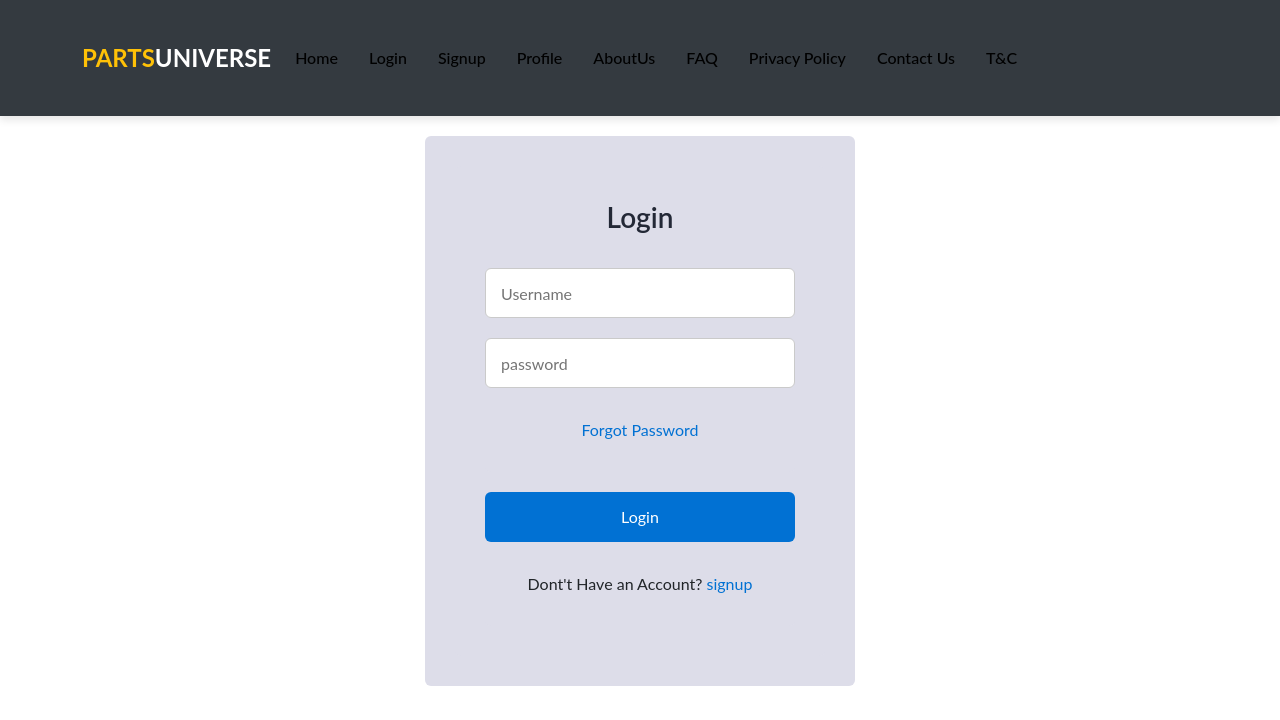
Repository: Nikeshala22/OOP_Project
Page: http://localhost/OnlineSparePartsSystem/login.jsp
An editor plug-in stored every save of this project. The page is shown before and after the next save, followed by the edit.
The browser window is 1280 px wide. The pictures show the whole page.
The page is served by Tomcat 10. Other server files are loaded and not shown.

Above is the page before, as saved 2024-10-13 16:51:17.

### OnlineSparePartsSystem/src/main/webapp/login.jsp
<%@ taglib prefix="c" uri="http://java.sun.com/jsp/jstl/core" %>
<%@ page language="java" contentType="text/html; charset=UTF-8"
    pageEncoding="UTF-8"%>
<!DOCTYPE html>
<html>
<head>
<title>login</title>
<link rel="stylesheet" href="styles/login.css">

    <!-- Bootstrap Link -->
    <link href="https://cdn.jsdelivr.net/npm/bootstrap@5.0.2/dist/css/bootstrap.min.css" rel="stylesheet" integrity="sha384-EVSTQN3/azprG1Anm3QDgpJLIm9Nao0Yz1ztcQTwFspd3yD65VohhpuuCOmLASjC" crossorigin="anonymous">
    <!-- Bootstrap Link -->


    <!-- Font Awesome Cdn -->
    <link rel="stylesheet" href="https://cdnjs.cloudflare.com/ajax/libs/font-awesome/6.2.1/css/all.min.css">
    <!-- Font Awesome Cdn -->


    <!-- Google Fonts -->
    <link rel="preconnect" href="https://fonts.googleapis.com">
    <link rel="preconnect" href="https://fonts.gstatic.com" crossorigin>
    <link href="https://fonts.googleapis.com/css2?family=Roboto:wght@500&display=swap" rel="stylesheet">
    <!-- Google Fonts -->
    <style>
  .custom-button {
    background-color: orange;
    border: none;
    color: black;
     font-weight: bold;
    transition: color 0.3s ease;
  }

  .custom-button:hover {
    color: white;
  }
</style>
<meta charset="UTF-8">

</head>
<body>
<!-- Navbar Start -->
    <nav class="navbar navbar-expand-lg" id="navbar">
    <div class="container">
        <a class="navbar-brand" href="index.html" id="logo"><span>Parts</span>Universe</a>
        <button class="navbar-toggler" type="button" data-bs-toggle="collapse" data-bs-target="#mynavbar">
            <span><i class="fa-solid fa-bars"></i></span>
        </button>
        <div class="collapse navbar-collapse" id="mynavbar">
            <ul class="navbar-nav me-auto">
                <li class="nav-item">
                    <a class="nav-link" id="home-link" href="index.jsp">Home</a>
                </li>
                <li class="nav-item">
                    <a class="nav-link" id="login-link" href="login.jsp">Login</a>
                </li>
                <li class="nav-item">
                    <a class="nav-link" id="signup-link" href="sinup.jsp">Signup</a>
                </li>
                <li class="nav-item">
                    <a class="nav-link" id="profile-link" href="useraccount.jsp">Profile</a>
                </li>
                <li class="nav-item">
                    <a class="nav-link" id="packages-link" href="aboutus.jsp">AboutUs</a>
                </li>
                <li class="nav-item">
                    <a class="nav-link" id="services-link" href="faq.JSP">FAQ</a>
                </li>
                <li class="nav-item">
                    <a class="nav-link" id="gallary-link" href="privacy.jsp">Privacy Policy</a>
                </li>
                <li class="nav-item">
                    <a class="nav-link" id="about-link" href="contact.jsp">Contact Us</a>
                </li>
                <li class="nav-item">
                    <a class="nav-link" id="about-link" href="terms.jsp">T&C</a>
                </li>
            </ul>
        </div>
    </div>
</nav>

    <!-- Navbar End -->
 <!--login form container-->

    <section class="container forms">
      <div class="form login">
        <div class="form content">
          <header>Login</header>

          <form action="login" method="post">

            <div class="field input-field">
              <input type="text" placeholder="Username" class="uid" name="username">

            </div>

            <div class="field input-field">
              <input type="password" placeholder="password" class="pass" name="password">
              <i class='bx bx-hide eye-icon'></i>
            </div>

            <div class="form link">
              <a href="#" class="forgot-pass">Forgot Password</a>
            </div>

            <div class="field button-field">
              <button class="submit" name="submit">Login</button>
            </div>


          </form>

          <div class="form link">
            <span>Dont't Have an Account? <a href="signup.html" class="link signup-link">signup</a></span>
          </div>

        </div>



      </div>
    </section>

    <script src="script/login.js"></script>
    <script src="script/index.js"></script>
</body>
</html>

### OnlineSparePartsSystem/src/main/webapp/styles/login.css
@charset "UTF-8";



*{
    margin: 0;
    padding: 0;
    box-sizing: border-box;
    text-decoration: none;
    list-style: none;
    scroll-behavior: smooth;
    font-family: 'Lato', sans-serif;
}
#navbar {
  background-color: #343a40;
  padding: 15px 0;
  box-shadow: 0 4px 8px rgba(0, 0, 0, 0.1);
}

.navbar-nav .nav-link {
  color: #000000; /* Black text color */
  margin-right: 15px;
  font-weight: 500;
  transition: color 0.3s ease;
}

.navbar-nav .nav-link:hover,
.navbar-nav .nav-link.active {
  color: #ffc107; /* Yellow color on hover or when active */
}


#logo {
  color: #ffffff;
  font-size: 24px;
  font-weight: 700;
  text-transform: uppercase;
}

#logo span {
  color: #ffc107;
}

.btn-primary {
  background-color: #ffc107; /* Button background color */
  border: none; /* Remove border */
  color: #000000; /* Black text color */
  font-weight: 600; /* Bold text */
}



.btn-primary:hover {
  background-color: #e0a800; /* Darker yellow on hover */
  color: #ffffff; /* White text color on hover */
}


.navbar-toggler {
  border-color: #ffffff;
}

.navbar-toggler-icon {
  background-image: url("data:[embedded picture, 181 characters]");
  /* White lines for the toggle icon */
}


.navbar {
  min-height: 60px;
}

.container {
  width: 100%;

  display: flex;
  align-items: center;
  justify-content: center;
  text-align: center;
  padding-top: 20px; /* Adjust this value as needed */
  padding-bottom: 20px; /* Adjust this value as needed */
  margin: 10 auto; /* Center the container */
  height: auto; /* Adjust the height to fit the content */
  margin: 50;
}


.form
{
  max-width:430px;
  width:100%;
  padding:30px;
  border-radius:6px;
  background-color:  rgb(221, 221, 233);
}

.container header{
  font-size:28px;
  font-weight:600;
  color:#232836;
  text-align:center;
}
form{
  margin-top:30px;
}
.form .field
{
  position: relative;
  height:50px;
  width:100%;
  margin-top:20px;
  border-radius:6px;
}
.field input,
.field button
{
  height:100%;
  width:100%;
  border:none;
  font-size:16px;
  font-weight:400;
  border-radius:6px;
}
.field input
{
  outline:none;
  padding:0 15px;
  border:1px solid #cacaca;

}
.field input:focus{
  border-bottom-width:2px;
}

.eye-icon
{
  position:absolute;
  top:50%;
  right:10px;
  transform:translateY(-50%);
  font-size:18px;
  color:#8b8b8b;
  cursor:pointer;
  padding:5px;
}
.field button{
  color:#fff;
  background-color: #0171d3;
  transition:all 0.3s ease;
  cursor:pointer;
}
.field button:hover{

  background-color: #016dcb;
}
.form link{
  text-align:center;
  margin-top:10px;
}
.form link span,
.form link a{
  font-size:14px;
  font-weight:400;
  color:#232836;
}

.form a{
  color:#0171d3;
  text-decoration: none;
}
.form-content a:hover{
  text-decoration:underline;
}

### OnlineSparePartsSystem/src/main/webapp/script/login.js
const forms = document.querySelector(".forms"),
    pwShowHide = document.querySelectorAll(".eye-icon"),
    links = document.querySelectorAll(".link");

    pwShowHide.forEach(eyeIcon => {
      eyeIcon.addEventListener("click", ()=> {
        let pwFields = eyeIcon.parentElement.parentElement.querySelectorAll(".password");

        pwFields.forEach(password => {
          if(password.type === "password")
          {
            password.type = "text";
            eyeIcon.classList.replace("bx-hide", "bx-show");
            return;
          }

          password.type = "password";
          eyeIcon.classList.replace("bx-show", "bx-hide");
        })

      })
    });

### OnlineSparePartsSystem/src/main/webapp/script/index.js
document.addEventListener('DOMContentLoaded', function() {
    // Get the current page URL
    var path = window.location.pathname;

    // Get all nav links
    var navLinks = document.querySelectorAll('.navbar-nav .nav-link');

    // Loop through nav links
    navLinks.forEach(function(link) {
        // If the href attribute matches the current path, add 'active' class
        if (link.getAttribute('href') === path || (path === '/' && link.getAttribute('href') === 'index.jsp')) {
            link.classList.add('active');
        }
    });
});

After the next save:
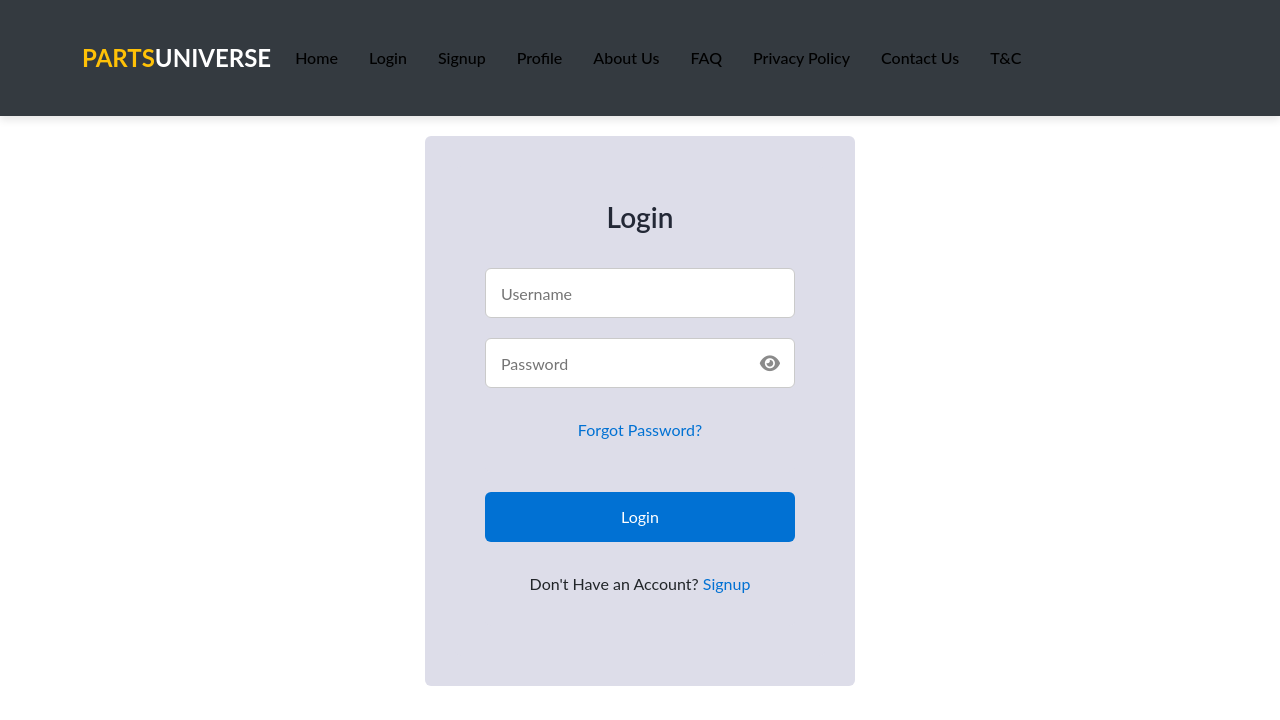
Saved 16 s later.
--- a/OnlineSparePartsSystem/src/main/webapp/login.jsp
+++ b/OnlineSparePartsSystem/src/main/webapp/login.jsp
@@ -4,43 +4,46 @@
 <!DOCTYPE html>
 <html>
 <head>
-<title>login</title>
+<title>Login</title>
 <link rel="stylesheet" href="styles/login.css">
 
     <!-- Bootstrap Link -->
     <link href="https://cdn.jsdelivr.net/npm/bootstrap@5.0.2/dist/css/bootstrap.min.css" rel="stylesheet" integrity="sha384-EVSTQN3/azprG1Anm3QDgpJLIm9Nao0Yz1ztcQTwFspd3yD65VohhpuuCOmLASjC" crossorigin="anonymous">
     <!-- Bootstrap Link -->
 
-
     <!-- Font Awesome Cdn -->
     <link rel="stylesheet" href="https://cdnjs.cloudflare.com/ajax/libs/font-awesome/6.2.1/css/all.min.css">
     <!-- Font Awesome Cdn -->
-
 
     <!-- Google Fonts -->
     <link rel="preconnect" href="https://fonts.googleapis.com">
     <link rel="preconnect" href="https://fonts.gstatic.com" crossorigin>
     <link href="https://fonts.googleapis.com/css2?family=Roboto:wght@500&display=swap" rel="stylesheet">
     <!-- Google Fonts -->
+
     <style>
-  .custom-button {
-    background-color: orange;
-    border: none;
-    color: black;
-     font-weight: bold;
-    transition: color 0.3s ease;
-  }
+        .custom-button {
+            background-color: orange;
+            border: none;
+            color: black;
+            font-weight: bold;
+            transition: color 0.3s ease;
+        }
 
-  .custom-button:hover {
-    color: white;
-  }
-</style>
-<meta charset="UTF-8">
+        .custom-button:hover {
+            color: white;
+        }
 
+        .error-message {
+            color: red;
+            font-size: 14px;
+            margin: 10px 0;
+        }
+    </style>
 </head>
 <body>
 <!-- Navbar Start -->
-    <nav class="navbar navbar-expand-lg" id="navbar">
+<nav class="navbar navbar-expand-lg" id="navbar">
     <div class="container">
         <a class="navbar-brand" href="index.html" id="logo"><span>Parts</span>Universe</a>
         <button class="navbar-toggler" type="button" data-bs-toggle="collapse" data-bs-target="#mynavbar">
@@ -61,68 +64,104 @@
                     <a class="nav-link" id="profile-link" href="useraccount.jsp">Profile</a>
                 </li>
                 <li class="nav-item">
-                    <a class="nav-link" id="packages-link" href="aboutus.jsp">AboutUs</a>
+                    <a class="nav-link" id="packages-link" href="aboutus.jsp">About Us</a>
                 </li>
                 <li class="nav-item">
-                    <a class="nav-link" id="services-link" href="faq.JSP">FAQ</a>
+                    <a class="nav-link" id="services-link" href="faq.jsp">FAQ</a>
                 </li>
                 <li class="nav-item">
-                    <a class="nav-link" id="gallary-link" href="privacy.jsp">Privacy Policy</a>
+                    <a class="nav-link" id="gallery-link" href="privacy.jsp">Privacy Policy</a>
                 </li>
                 <li class="nav-item">
-                    <a class="nav-link" id="about-link" href="contact.jsp">Contact Us</a>
+                    <a class="nav-link" id="contact-link" href="contact.jsp">Contact Us</a>
                 </li>
                 <li class="nav-item">
-                    <a class="nav-link" id="about-link" href="terms.jsp">T&C</a>
+                    <a class="nav-link" id="terms-link" href="terms.jsp">T&C</a>
                 </li>
             </ul>
         </div>
     </div>
 </nav>
+<!-- Navbar End -->
 
-    <!-- Navbar End -->
- <!--login form container-->
+<!-- Login form container -->
+<section class="container forms">
+    <div class="form login">
+        <div class="form content">
+            <header>Login</header>
 
-    <section class="container forms">
-      <div class="form login">
-        <div class="form content">
-          <header>Login</header>
+            <form action="login" method="post" onsubmit="return validateForm()">
+                <div class="error-message" id="error-message"></div>
 
-          <form action="login" method="post">
+                <div class="field input-field">
+                    <input type="text" placeholder="Username" class="uid" name="username" id="username">
+                </div>
 
-            <div class="field input-field">
-              <input type="text" placeholder="Username" class="uid" name="username">
+                <div class="field input-field">
+                    <input type="password" placeholder="Password" class="pass" name="password" id="password">
+                    <i class="fa-solid fa-eye eye-icon"></i>
+                </div>
 
-            </div>
+                <div class="form link">
+                    <a href="#" class="forgot-pass">Forgot Password?</a>
+                </div>
 
-            <div class="field input-field">
-              <input type="password" placeholder="password" class="pass" name="password">
-              <i class='bx bx-hide eye-icon'></i>
-            </div>
+                <div class="field button-field">
+                    <button class="submit custom-button" name="submit">Login</button>
+                </div>
+            </form>
 
             <div class="form link">
-              <a href="#" class="forgot-pass">Forgot Password</a>
+                <span>Don't Have an Account? <a href="sinup.jsp" class="link signup-link">Signup</a></span>
             </div>
+        </div>
+    </div>
+</section>
 
-            <div class="field button-field">
-              <button class="submit" name="submit">Login</button>
-            </div>
+<script>
+    function validateForm() {
+        var username = document.getElementById("username").value;
+        var password = document.getElementById("password").value;
+        var errorMessage = document.getElementById("error-message");
 
+        // Clear previous error messages
+        errorMessage.innerHTML = '';
 
-          </form>
+        // Validate username
+        if (username === "") {
+            errorMessage.innerHTML += "Username is required.<br>";
+            return false; // Prevent form submission
+        }
 
-          <div class="form link">
-            <span>Dont't Have an Account? <a href="signup.html" class="link signup-link">signup</a></span>
-          </div>
+        // Validate password
+        if (password === "") {
+            errorMessage.innerHTML += "Password is required.<br>";
+            return false; // Prevent form submission
+        }
 
-        </div>
+        return true; // Allow form submission
+    }
+    //eye icon
+    document.addEventListener("DOMContentLoaded", () => {
+        const pwShowHide = document.querySelectorAll(".eye-icon");
 
+        pwShowHide.forEach(eyeIcon => {
+            eyeIcon.addEventListener("click", () => {
+                let pwField = eyeIcon.previousElementSibling; // Get the input field before the icon
 
+                if (pwField.type === "password") {
+                    pwField.type = "text"; // Change type to text
+                    eyeIcon.classList.replace("fa-eye", "fa-eye-slash"); // Change icon to eye-slash
+                } else {
+                    pwField.type = "password"; // Change type back to password
+                    eyeIcon.classList.replace("fa-eye-slash", "fa-eye"); // Change icon back to eye
+                }
+            });
+        });
+    });
+</script>
 
-      </div>
-    </section>
-
-    <script src="script/login.js"></script>
-    <script src="script/index.js"></script>
+<script src="script/login.js"></script>
+<script src="script/index.js"></script>
 </body>
 </html>
